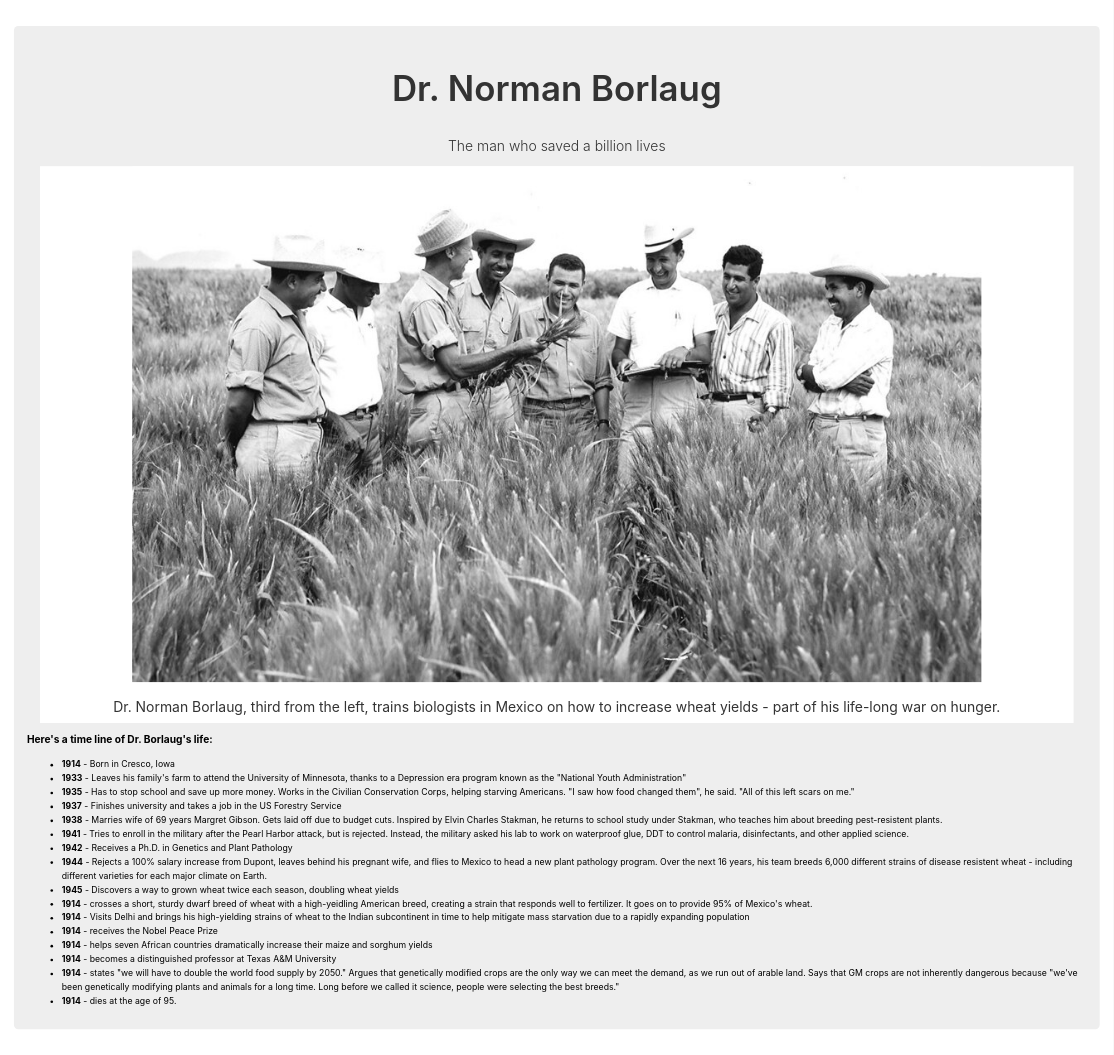
Repository: HTDuy01/github-demo
Page: freecodecamp/index.html
These files come from the project's save history. The page is drawn as it stood at one moment and after the next save; the edit follows.
The browser window is 1280 px wide. The pictures show the whole page, at 87% of full size.

Above is the page before, as saved 2021-11-17 20:38:56.

After the next save:
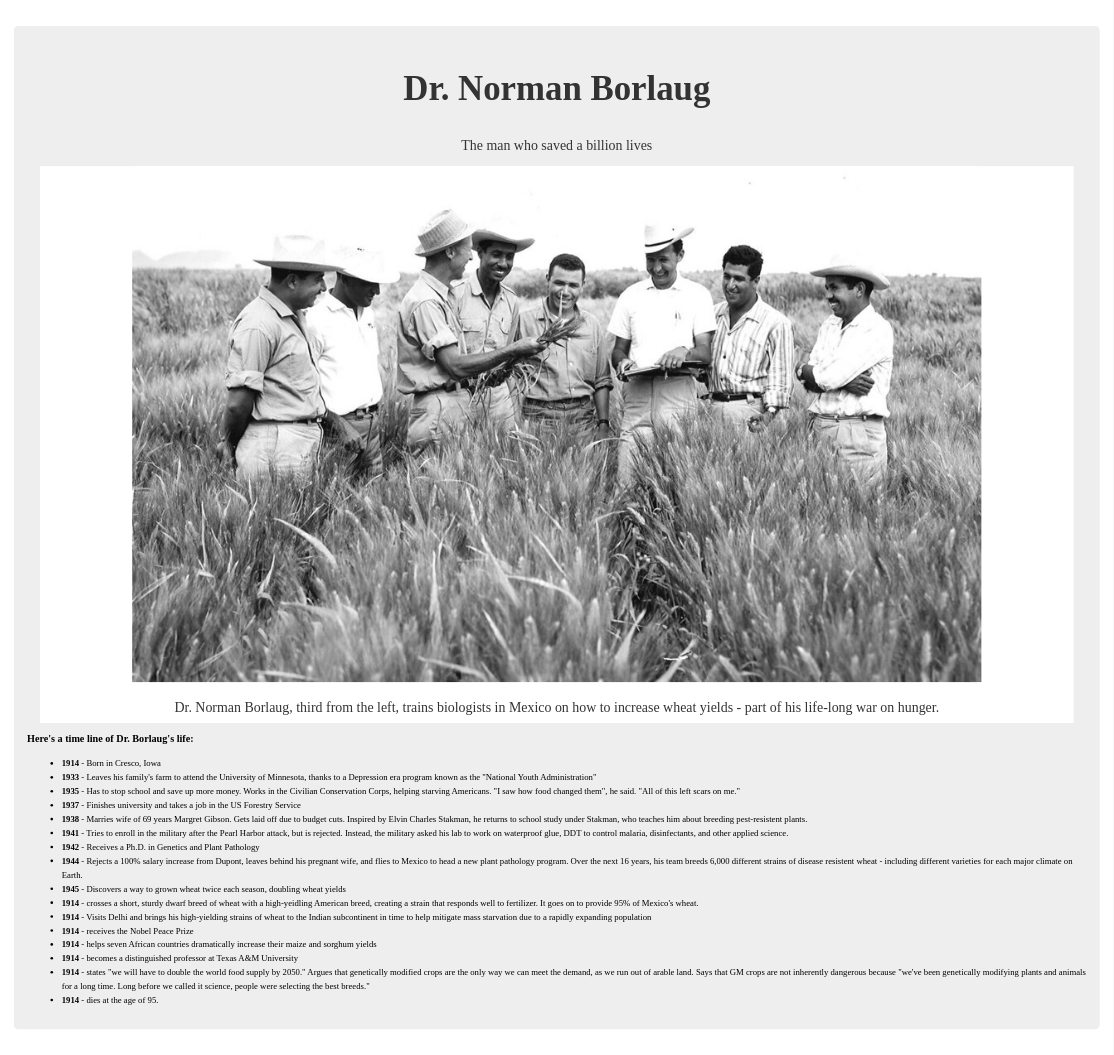
Saved 24 h 8 min later.
--- a/freecodecamp/assets/css/base.css
+++ b/freecodecamp/assets/css/base.css
@@ -6,7 +6,7 @@
 html {
     font-size: 62.5%;
     line-height: 1.6rem;
-    font-family: -apple-system, BlinkMacSystemFont, 'Segoe UI', 'Roboto', 'Helvetica Neue', Arial, sans-serif;
+    /* font-family: -apple-system, BlinkMacSystemFont, 'Segoe UI', 'Roboto', 'Helvetica Neue', Arial, sans-serif; */
     box-sizing: border-box;
 }
 
